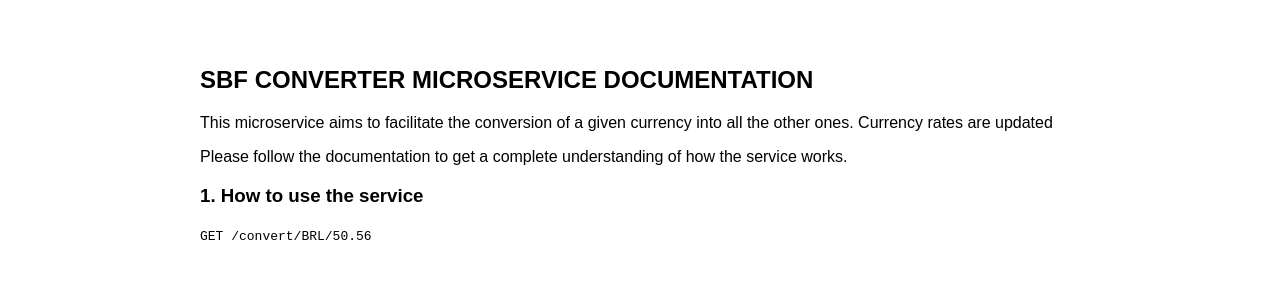
Repository: miguelamello/nestjs-restful-api
Page: documentation.html
These files come from the project's save history. The page is drawn as it stood at one moment and after the next save; the edit follows.
The browser window is 1280 px wide. The pictures show the whole page.

Above is the page before, as saved 2023-03-21 22:03:04.

### documentation.html
<!DOCTYPE html>
<html lang="en">
<head>
  <meta charset="UTF-8">
  <meta http-equiv="X-UA-Compatible" content="IE=edge">
  <meta name="viewport" content="width=device-width, initial-scale=1.0">
  <title>SBF Converter Documentation</title>
  <style>
    body {
      font-family: Arial, Helvetica, sans-serif;
      padding: 3% 15%;
    }
  </style>
</head>
<body>
  <h2>SBF CONVERTER MICROSERVICE DOCUMENTATION</h2>
  <p>This microservice aims to facilitate the conversion of a given currency
    into all the other ones. Currency rates are updated </p>
  <p>Please follow the documentation to get a complete
  understanding of how the service works. </p>

  <h3>1. How to use the service</h3>
  <code>GET /convert/BRL/50.56</code>
  <p></p>

</body>
</html>

After the next save:
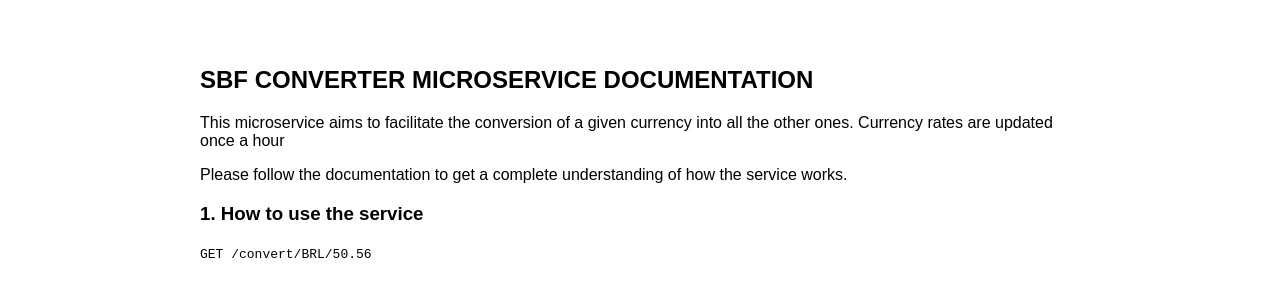
Saved 5 s later.
--- a/documentation.html
+++ b/documentation.html
@@ -15,7 +15,7 @@
 <body>
   <h2>SBF CONVERTER MICROSERVICE DOCUMENTATION</h2>
   <p>This microservice aims to facilitate the conversion of a given currency
-    into all the other ones. Currency rates are updated </p>
+    into all the other ones. Currency rates are updated once a hour</p>
   <p>Please follow the documentation to get a complete
   understanding of how the service works. </p>
 
